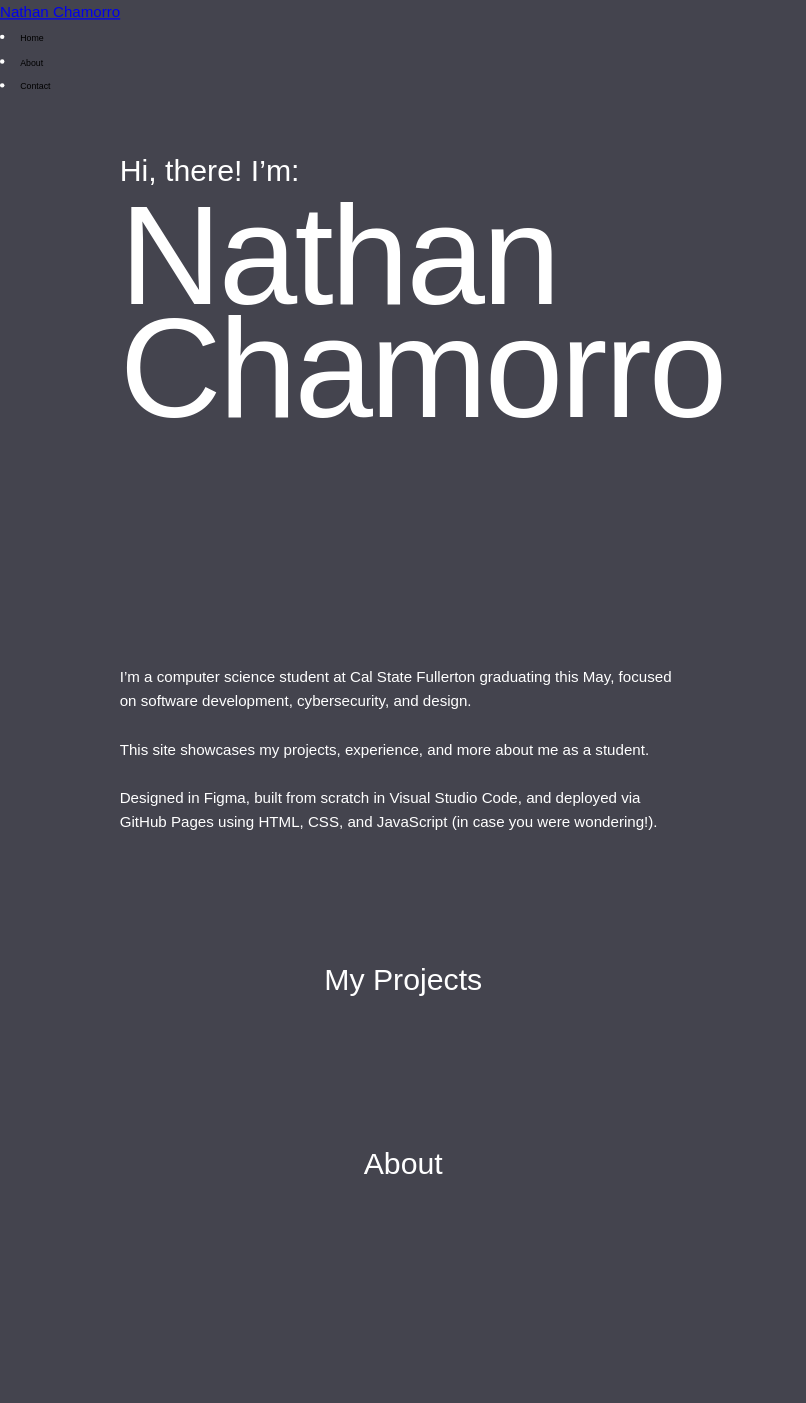
Repository: nathanchamorro1/nathanchamorro1.github.io
Page: index.html
The author's editor kept a copy of each file at every save. The page is drawn from the files as they stood at one save, then again after a run of saves.
The browser window is 1280 px wide. The pictures show the whole page, at 63% of full size.
Some web fonts or font styles are not loaded; a fallback is used.

Above is the page before, as saved 2026-02-17 17:01:16.

After the next 2 saves:
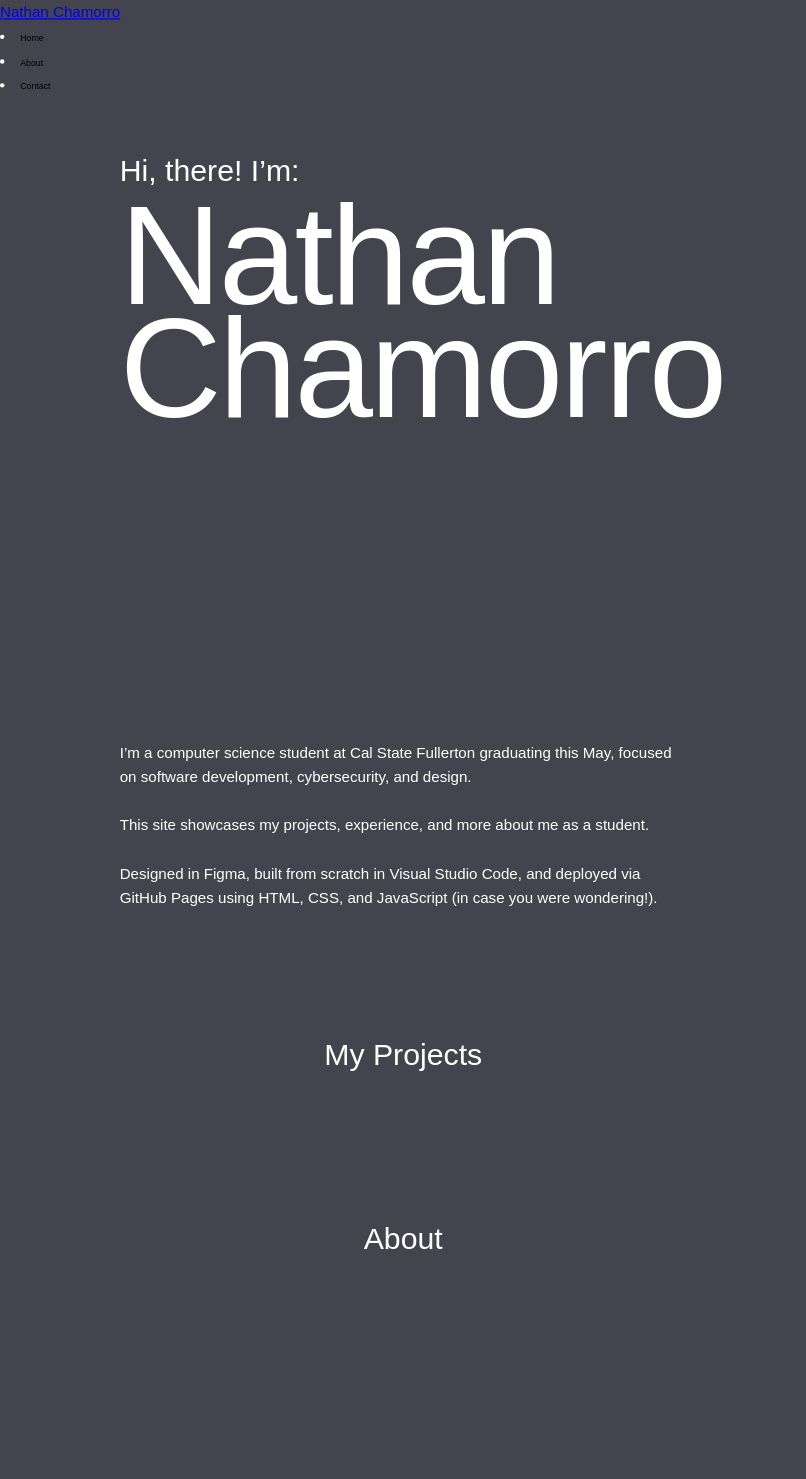
The 2 saves are shown as one change because they came seconds apart.
The last was saved 22 s later.
--- a/css/style.css
+++ b/css/style.css
@@ -27,7 +27,7 @@ body {
     flex-direction: column;
     justify-content: flex-start;
     padding-top: 0px;
-    padding-bottom: 80px;
+    padding-bottom: 200px;
     text-align: left;
 }
 
